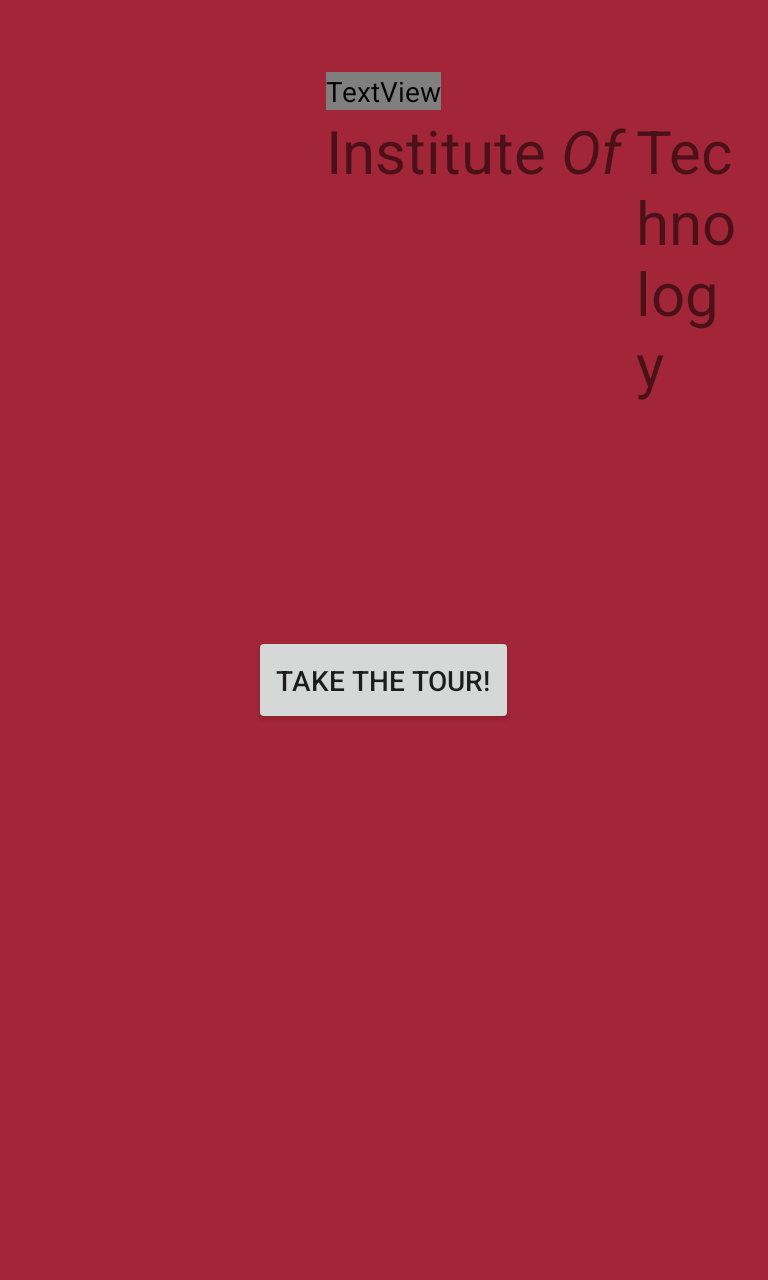
Repository: Klyros/StevensTourApp
Layout: StevensTourApp/res/layout/activity_home_screen.xml
An editor plug-in stored every save of this project. The layout is shown before and after the next save, followed by the edit.
Pictures or frames that could not be fetched are drawn as grey boxes. It is drawn on a 768 x 1280 px phone screen (xhdpi) without system bars, with theme AppTheme; the app's code is not run.

Above is the layout before, as saved 2014-08-23 23:07:52.

After the next save:
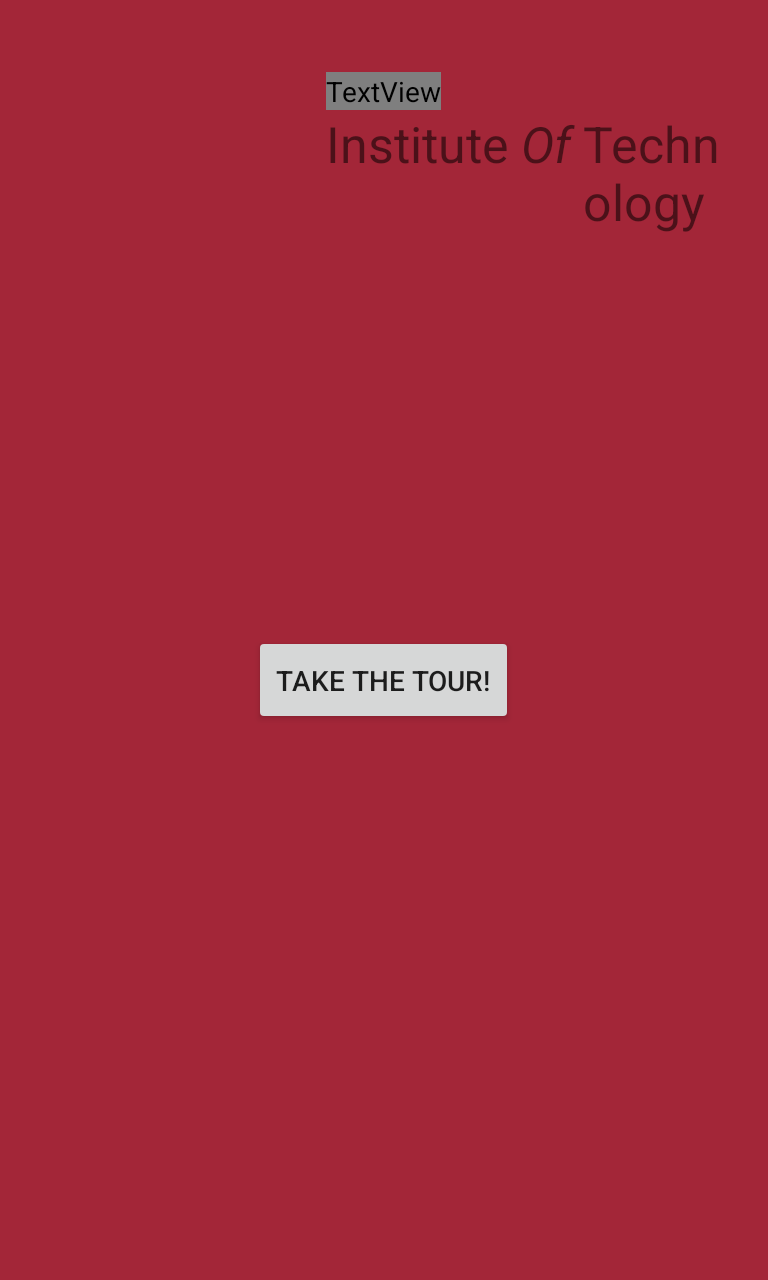
Saved 16 s later.
--- a/StevensTourApp/res/layout/activity_home_screen.xml
+++ b/StevensTourApp/res/layout/activity_home_screen.xml
@@ -36,7 +36,7 @@
             android:layout_height="wrap_content"
             android:layout_alignLeft="@+id/stevensTitle"
             android:layout_below="@+id/stevensTitle"
-            android:textSize="30sp"
+            android:textSize="25sp"
             android:text="Institute " />
 
         <TextView
@@ -47,7 +47,7 @@
             android:layout_alignBottom="@+id/stevensInstitute"
             android:layout_toRightOf="@+id/stevensInstitute"
             android:textStyle="italic"
-            android:textSize="30sp"
+            android:textSize="25sp"
             android:text="Of " />
 
         <TextView
@@ -57,7 +57,7 @@
             android:layout_alignBaseline="@+id/stevensOf"
             android:layout_alignBottom="@+id/stevensOf"
             android:layout_toRightOf="@+id/stevensOf"
-            android:textSize="30sp"
+            android:textSize="25sp"
             android:text="Technology" />
 
 </RelativeLayout>
